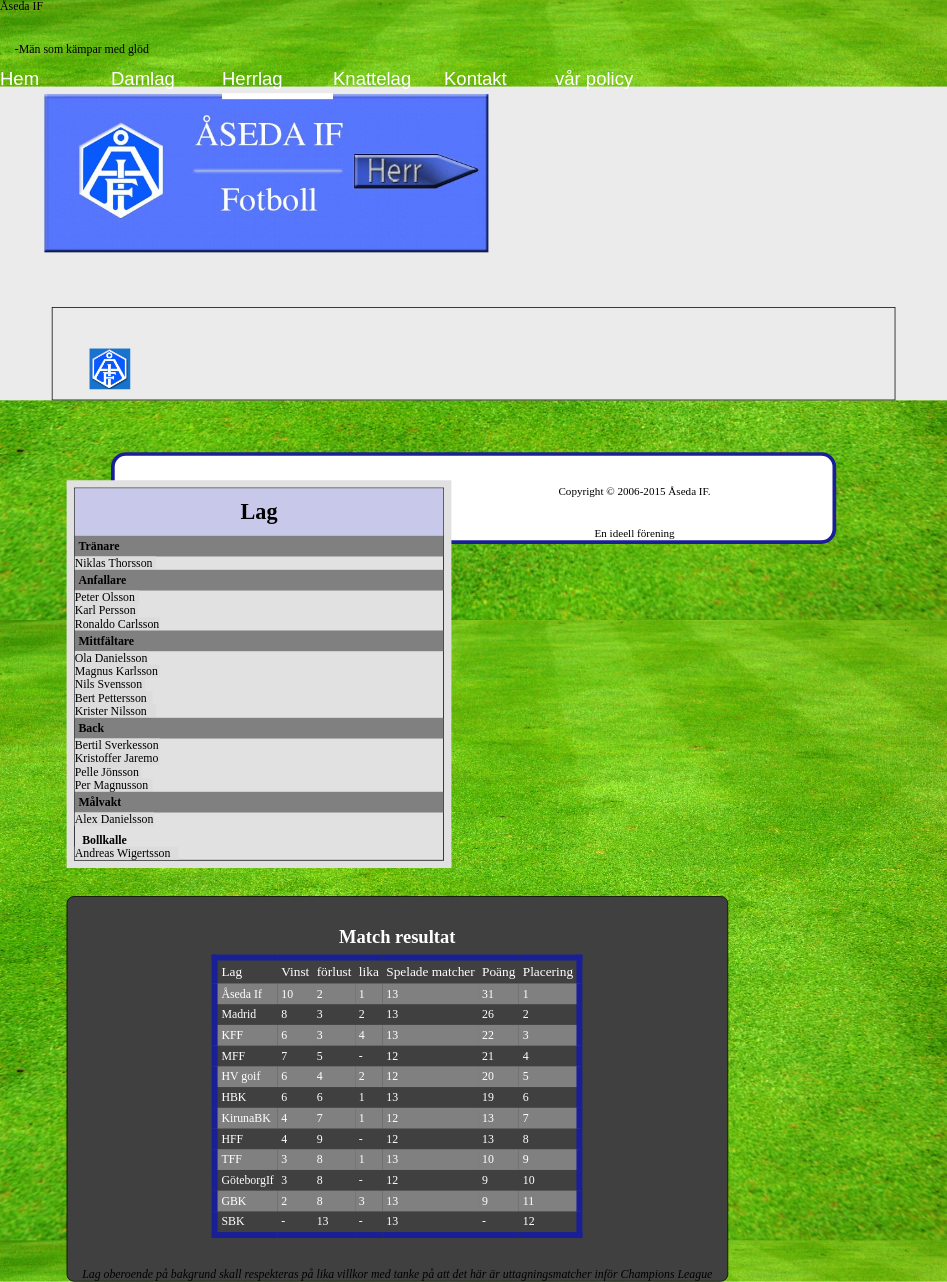
Repository: alexanderdanielsson28/ProjektAsedaIF
Page: html/Herrlag.html
The author's editor kept a record of every edit. The page is drawn from the files as they stood at one moment, then again after the next edit.
The browser window is 1280 px wide. The pictures show the whole page, at 74% of full size.
Backgrounds fixed to the window are drawn as part of the page.

Above is the page before.

After the next edit:
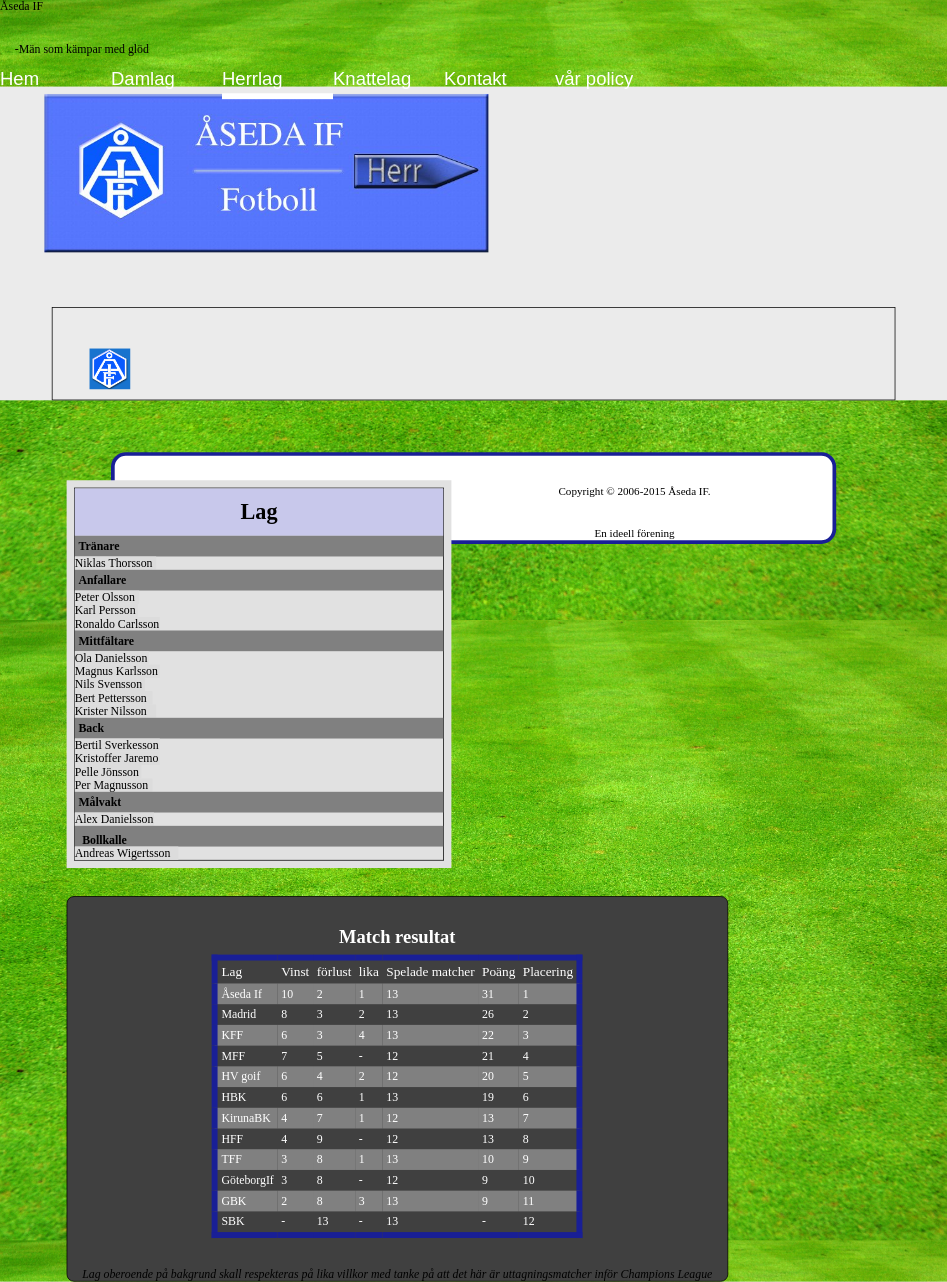
The edit:
--- a/html/Herrlag.html
+++ b/html/Herrlag.html
@@ -91,7 +91,7 @@
                     <li class="lag" id="ferjealex">Alex Danielsson</li>
                 </ol>
                 </ol>
-                <p id="kalle">Bollkalle</p>
+                <p id="kalle" class="gro">Bollkalle</p>
                 <ol id="listen">
                     <li class="lag" id="bollkalle">Andreas Wigertsson</li>
                 </ol>
